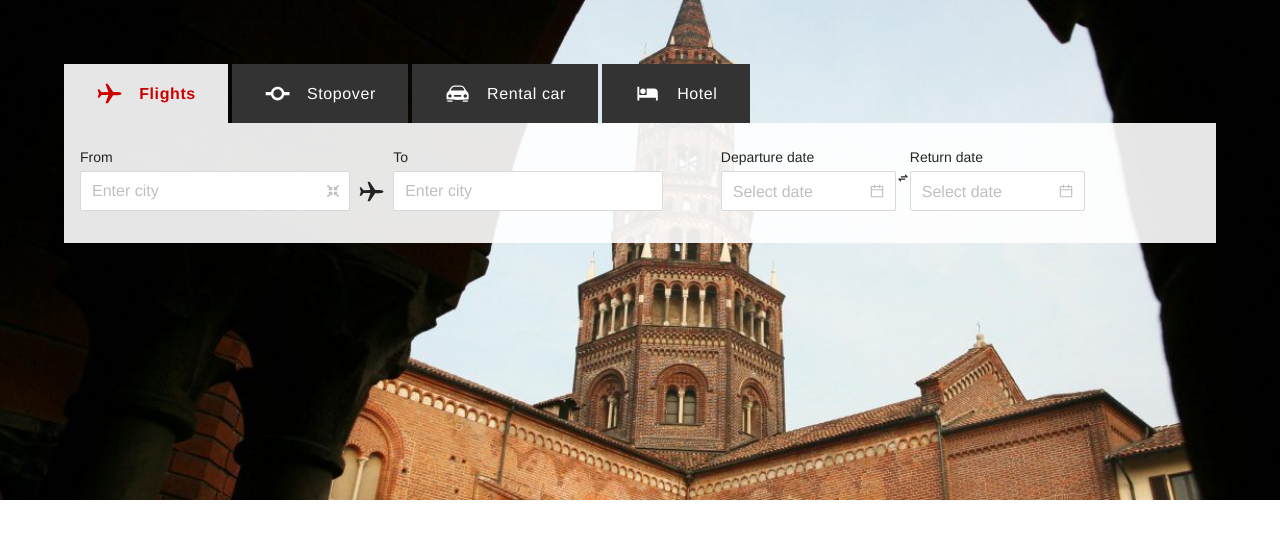
Repository: guidogr95/Everymundo-Excercise
Page: /
The author's editor kept a copy of each file at every save. The page is drawn from the files as they stood at one save, then again after the next save.
The browser window is 1280 px wide. The pictures show the whole page.
The project was rebuilt for these pictures with package versions that can differ from the ones it lists, and the page was loaded fresh each time. Also part of the build but not shown: src/components/CustomSpin/customspin.scss.

Above is the page before, as saved 2021-07-01 20:04:34.

### src/index.jsx
import React from 'react';
import ReactDOM from 'react-dom';
import App from './App';
import reportWebVitals from './reportWebVitals';
// redux
import { createStore } from 'redux'
import { Provider } from 'react-redux'
import { flightReducer } from 'src/redux/reducers/flightReducer'
const store = createStore(flightReducer)

ReactDOM.render(
  <React.StrictMode>
    <Provider store={store}>
      <App />
    </Provider>
  </React.StrictMode>,
  document.getElementById('root')
);

// If you want to start measuring performance in your app, pass a function
// to log results (for example: reportWebVitals(console.log))
// or send to an analytics endpoint. Learn more: https://bit.ly/CRA-vitals
reportWebVitals();

### src/App.jsx
// utils
import {
  QueryClient,
  QueryClientProvider,
} from 'react-query'
// styles
import 'antd/dist/antd.css';
import './app.scss';
// components
import BookingMask from 'src/components/BookingMask'

const queryClient = new QueryClient({
  defaultOptions: {
    queries: {
      refetchOnWindowFocus: false,
    },
  },
})

function App() {
  return (
    <QueryClientProvider client={queryClient}>
      <div className="App">
        <div className="flightmanager-container container" >
          <BookingMask />
        </div>
      </div>
    </QueryClientProvider>
  );
}

export default App;

### src/redux/reducers/flightReducer.js
const initialState = {
    geo: {
      origin: '',
      desination: ''
    },
    date: {
      departure: '',
      toReturn: '',
    }
};

export const flightReducer = (state = initialState, action) => {
  switch(action.type){
    case '@geo/update-origin':
      return {
          ...state,
          geo: {
          ...state.geo,
          origin: action.payload
        }
      }
    case '@geo/update-destination':
      return {
          ...state,
          geo: {
          ...state.geo,
          destination: action.payload
        }
      }
    case '@date/update-departure':
      return {
          ...state,
          date: {
          ...state.date,
          departure: action.payload
        }
      }
    case '@date/update-to-return':
      return {
          ...state,
          date: {
          ...state.date,
          toReturn: action.payload
        }
      }
    default:
      return state;
  }
}

// action creators
// @geo
export const geoUpdateOrigin = (payload) => {
  return {
    type: '@geo/update-origin',
    payload
  }
}
export const geoUpdateDestination = (payload) => {
  return {
    type: '@geo/update-destination',
    payload
  }
}
// @date
export const dateUpdateDeparture = (payload) => {
  return {
    type: '@date/update-departure',
    payload
  }
}
export const dateUpdateToReturn = (payload) => {
  return {
    type: '@date/update-to-return',
    payload
  }
}

### src/app.scss
@import 'styles/global';

.App {
  .container {
    width: $desktop-maxwidth;
    max-width: 100%;
  }
  .flightmanager-container {
    background: url('./assets/images/bg.jpg');
    background-size: cover;
    background-position: center;
    min-height: 500px;
    margin: auto;
    padding: 4rem;
  }
}

### src/components/BookingMask/index.jsx
import { useState } from 'react'
// styles
import './bookingmask.scss'
// assets
import { IoIosAirplane, IoMdGitCommit, IoIosCar, IoMdBed } from 'react-icons/io'
// components
import EmptyTab from './EmptyTab'
import FlightsTab from './FlightsTab'

const BookingMask = () => {
  const tabs = [
    {
      name: 'Flights',
      icon: <IoIosAirplane />,
      component: <FlightsTab />
    },
    {
      name: 'Stopover',
      icon: <IoMdGitCommit />,
      component: <EmptyTab />
    },
    {
      name: 'Rental car',
      icon: <IoIosCar />,
      component: <EmptyTab />
    },
    {
      name: 'Hotel',
      icon: <IoMdBed />,
      component: <EmptyTab />
    }
  ]

  const [activeTab, setActiveTab] = useState(tabs[0].name)
  const handleTab = name => setActiveTab(name)

  return (
    <section className="bookingmask" >
      <ul className="bookingmask__nav" >
        {tabs.map(tab =>
          <button
            className={activeTab === tab.name ? 'active' : ''}
            onClick={() => handleTab(tab.name)}
            key={tab.name}
          >
            {tab.icon}<span>{tab.name}</span>
          </button>
        )}
      </ul>
      <div className="bookingmask__tabs-wrapper" >
          {tabs.map(tab =>
            <div
              key={tab.name}
              className={`bookingmask__tab${activeTab === tab.name ? ' active' : ''}`}
            >
              {tab.component}
            </div>
          )}
      </div>
    </section>
  )
}

export default BookingMask

### src/styles/_global.scss
@import 'variables';
@import 'mixins';

html,
body {
  position: relative;
  padding: 0;
  margin: 0;
  font-family: $font-family;
  -webkit-text-size-adjust: 100%;
  -webkit-font-smoothing: auto;
  -moz-font-smoothing: auto;
  -moz-osx-font-smoothing: auto;
  --antd-wave-shadow-color: #c00;
}
* {
  box-sizing: border-box;
}
ul {
  margin: 0;
  padding: 0;
}
button {
  border: none;
  cursor: pointer;
}
.ant-select {
  min-width: 270px;
}
.ant-select:not(.ant-select-disabled):hover .ant-select-selector,
.ant-select-focused:not(.ant-select-disabled).ant-select:not(.ant-select-customize-input) .ant-select-selector {
  border-color: $color-red !important;
}
body::-moz-selection,
body::selection {
  color: $color-red !important;
  background: $color-red !important;
}

### src/styles/_variables.scss
// measurements
$desktop-maxwidth: 90rem;
// colors
$color-red: #c00;
$color-gray: #333333;
$color-white: #fff;
// fonts
// font-family
$font-family: SwissText,Helvetica,Arial,sans-serif,LufthansaMamSymbolText;
// font-weight
$font-weight-medium: 700;
$font-weight-small: 300;
// font-size
$font-size-normal: 1rem;
$font-size-large: 1.7rem;
// line height
$line-height-medium: 2.2rem;
// letter spacing
$letter-spacing-small: .6px;

// tab variables
// colors
$color-active-tab-bg: hsla(0,0%,100%,.9);
// padding
$padding-tab-link: 1rem 2rem;
$padding-tab-content: 3rem 1rem 2rem 1rem;
// margin
$margin-tab-link: 0 0 0 .25rem;

### src/styles/_mixins.scss
// MIXINS
@mixin breakpoint($point) {
  @media (max-width: $point) {
    @content;
  }
}

### src/components/BookingMask/bookingmask.scss
@import '/src/styles/variables';
.bookingmask {
  &__nav {
    list-style: none;
    button {
      &:not(:first-of-type) {
        margin: $margin-tab-link;
      }
      color: $color-white;
      background: $color-gray;
      padding: $padding-tab-link;
      display: inline-flex;
      align-items: center;
      font-size: $font-size-normal;
      font-weight: $font-weight-small;
      letter-spacing: $letter-spacing-small;
      &.active {
        color: $color-red;
        font-weight: $font-weight-medium;
        background-color: $color-active-tab-bg;
      }
      svg {
        margin-right: 1rem;
        font-size: $font-size-large;
      }
    }
  }
  &__tabs-wrapper {
    position: relative;
  }
  &__tab {
    position: absolute;
    top: 0;
    left: 0;
    right: 0;
    padding: $padding-tab-content;
    background-color: $color-active-tab-bg;
    display: none;
    &.active {
      display: block;
    }
  }
}

### src/components/BookingMask/EmptyTab/index.jsx
const EmptyTab = () => {
  return (
    <div>
      some more stuff
    </div>
  )
}

export default EmptyTab

### src/components/BookingMask/FlightsTab/index.jsx

// components
import AirportInputs from './AirportInputs'
import DateInputs from './DateInputs'

import './flightstab.scss'

export default function FlightsTab () {
  return (
    <div className="bookingmask__flight" >
      <AirportInputs/>
      <DateInputs/>
    </div>
  )
}

### src/components/BookingMask/FlightsTab/AirportInputs/index.jsx
// assets
import { IoIosAirplane } from 'react-icons/io'
import { FaCompressArrowsAlt } from 'react-icons/fa'
// components
import AirportInput from './AirportInput'
// redux
import { useDispatch, useSelector } from 'react-redux'
import { geoUpdateOrigin, geoUpdateDestination } from 'src/redux/reducers/flightReducer'

import './airportinputs.scss'

export default function AirportInputs () {
  const state = useSelector(state => state.geo)
  const dispatch = useDispatch()
  const { origin, destination } = state

  return (
    <div className="bookingmask__flight--geo" >
      <AirportInput
        label="From"
        value={origin}
        setValue={(v) => dispatch(geoUpdateOrigin(v))}
        placeholder="Enter city"
        id="fromInput"
        showArrow={true}
        suffixIcon={<FaCompressArrowsAlt/>}
        />
      <span className="separator" >
        <IoIosAirplane/>
      </span>
      <AirportInput
        label="To"
        value={destination}
        setValue={(v) => dispatch(geoUpdateDestination(v))}
        placeholder="Enter city"
        id="toInput"
        showArrow={false}
      />
    </div>
  )
}

### src/components/BookingMask/FlightsTab/DateInputs/index.jsx
// assets
import { CgArrowsExchange } from 'react-icons/cg'
// components
import DateInput from './DateInput'
// redux
import { useDispatch } from 'react-redux'
import { dateUpdateDeparture, dateUpdateToReturn } from 'src/redux/reducers/flightReducer'

import './dateinputs.scss'

export default function DateInputs () {
  const dispatch = useDispatch()
  return (
    <div className="bookingmask__flight--date" >
      <DateInput
          label="Departure date"
          id="depInput"
          setValue={(v) => dispatch(dateUpdateDeparture(v))}
      />
      <CgArrowsExchange/>
      <DateInput
          label="Return date"
          id="returnInput"
          setValue={(v) => dispatch(dateUpdateToReturn(v))}
      />
    </div>
  )
}

### src/components/BookingMask/FlightsTab/flightstab.scss
@import '/src/styles/variables';
.bookingmask__flight {
  display: grid;
  grid-template-columns: repeat(3, auto);
  .separator {
    display: flex;
    align-items: center;
    font-size: $font-size-large;
    padding: 0 .5rem;
  }
}

### src/components/BookingMask/FlightsTab/AirportInputs/AirportInput/index.jsx
import { useCallback, useState, useMemo } from 'react'
// utils
import throttle from 'lodash/throttle'
import { Select } from 'antd'
// api
import { fetchAirports } from 'src/api/fetchers'
// components
import CustomSpin from 'src/components/CustomSpin'

import './airportinput.scss'

const { Option } = Select;

const AirportInput = ({ placeholder, showArrow, suffixIcon, label, id , value, setValue }) => {

  const [isLoading, setIsLoading] = useState(false)
  const [data, setData] = useState([])

  const throttledFetch = useMemo(
    () =>
      throttle(val => {
        fetchAirports(val)
        .then((res) => setData(res.data || []))
        .catch(() => setData([]))
        .finally(() => {
          setIsLoading(false)
        })
      }, 2000),
    []
  )
  const handleSelect = useCallback(
    val => {
      setIsLoading(true)
      const innerVal = val || ''
      setValue(innerVal)
      // fetching api accepts a min of 3 letters for search
      if (innerVal.length <= 2) {
        setData([])
        setIsLoading(false)
      } else {
        throttledFetch(val)
      }
    },
    [throttledFetch, setValue]
  )

  return (
    <div className="airportinput__wrapper" >
      {label && <label htmlFor={id} >{label}</label>}
      <Select
        showSearch
        allowClear
        id={id}
        placeholder={placeholder || 'Enter city'}
        value={value || undefined}
        onSearch={handleSelect}
        onChange={(val) => setValue(val)}
        onClear={handleSelect}
        size='large'
        showArrow={showArrow}
        suffixIcon={suffixIcon}
        optionLabelProp='value'
        defaultActiveFirstOption={false}
        dropdownClassName="airportinput__dropdown"
        filterOption={false}
        notFoundContent={isLoading ? <CustomSpin size="medium"/> : null}
      >
        {data.length > 0
          ? data.map(airport =>
            <Option key={airport.iata} value={`${airport.city} - ${airport.iata}`} >
              <span>{airport.name}</span>
              <span>{airport.iata}</span>
              <span>{airport.country.name}</span>
            </Option>)
          : null
        }
      </Select>
    </div>
  )
}

export default AirportInput

### src/components/BookingMask/FlightsTab/AirportInputs/airportinputs.scss
.bookingmask__flight--geo {
  display: flex;
}

### src/components/BookingMask/FlightsTab/DateInputs/DateInput/index.jsx
import { DatePicker } from 'antd'
import { useState } from 'react'

import './dateinput.scss'

const DateInput = ({ id, label, setValue }) => {
  const [dateObj, setDateObj] = useState('')
  const onChange = (date, dateString) => {
    setDateObj(date)
    setValue(dateString)
  }
  return (
    <div className="dateinput__wrapper" >
      {label && <label htmlFor={id} >{label}</label>}
      <DatePicker
        size="large"
        id={id}
        value={dateObj}
        onChange={onChange}
      />
    </div>
  )
}

export default DateInput

### src/components/BookingMask/FlightsTab/DateInputs/dateinputs.scss
.bookingmask__flight--date {
  display: flex;
}

### src/api/fetchers.js
// utils
import axios from 'axios'

const apiUrl = 'https://airportnames.vercel.app/api'

const fetchAirports = (term) => axios.post(`${apiUrl}/getAirports`, { term })

export {
  fetchAirports
}

### src/components/CustomSpin/index.jsx
import { Spin } from 'antd'
import { LoadingOutlined } from '@ant-design/icons'

import './customspin.scss'

const antIcon = <LoadingOutlined className="customspin" spin />

const CustomSpin = (props) => <Spin indicator={antIcon} {...props} />

export default CustomSpin

### src/components/BookingMask/FlightsTab/AirportInputs/AirportInput/airportinput.scss
.airportinput__dropdown {
  .ant-select-item-empty {
    text-align: center;
  }
  .ant-select-item-option-content {
    display: flex;
    flex-direction: column;
    span:nth-of-type(2) {
      font-weight: bold;
    }
  }
}
.airportinput__wrapper {
  display: flex;
  flex-direction: column;
  position: relative;
  label {
    position: absolute;
    left: 0;
    bottom: calc(100% + .2rem);
  }
}

### src/components/BookingMask/FlightsTab/DateInputs/DateInput/dateinput.scss
.dateinput__wrapper {
  display: flex;
  flex-direction: column;
  position: relative;
  label {
    position: absolute;
    left: 0;
    bottom: calc(100% + .2rem);
  }
}

Loaded but not shown: public/index.html (common file); src/reportWebVitals.js (common file)

After the next save:
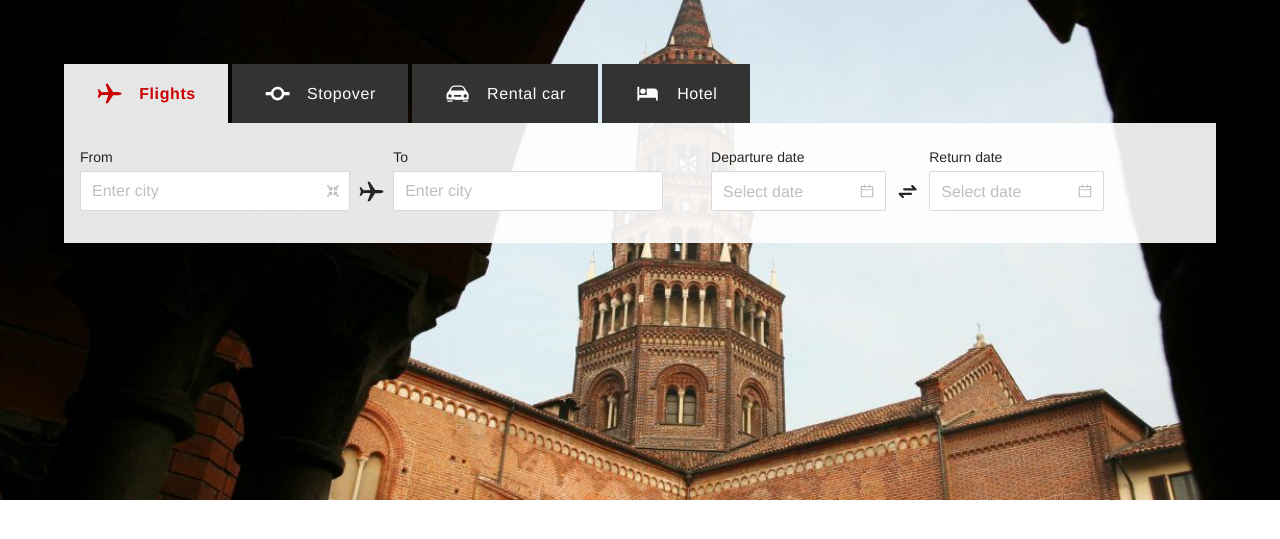
Saved 35 s later.
--- a/src/components/BookingMask/FlightsTab/DateInputs/index.jsx
+++ b/src/components/BookingMask/FlightsTab/DateInputs/index.jsx
@@ -17,7 +17,9 @@ export default function DateInputs () {
           id="depInput"
           setValue={(v) => dispatch(dateUpdateDeparture(v))}
       />
-      <CgArrowsExchange/>
+      <span className="separator" >
+        <CgArrowsExchange/>
+      </span>
       <DateInput
           label="Return date"
           id="returnInput"
